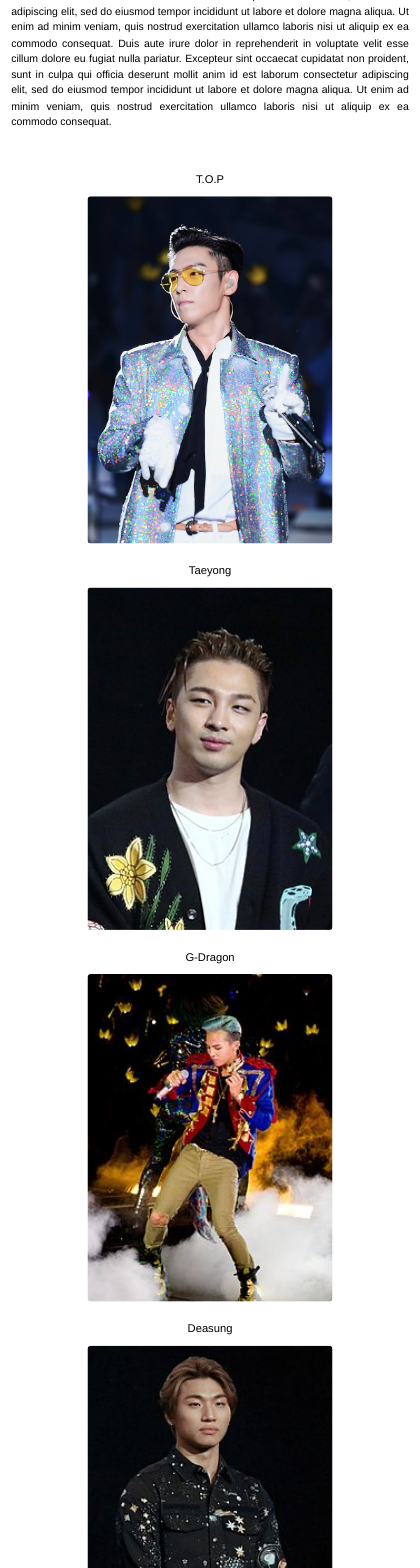
Repository: ThinhTran2k/BigBang-Band-Website
Page: index.html
These files come from the project's save history. The page is drawn as it stood at one moment and after the next save; the edit follows.
The browser window is 600 px wide. The pictures show the part of the page from y = 528 to 2768 px (the page is 5441 px tall before and 5466 px after), at 70% of full size.

Above is the page before, as saved 2021-03-16 17:12:33.
Console error: TypeError: Cannot set properties of undefined (setting 'onclick')

After the next save:
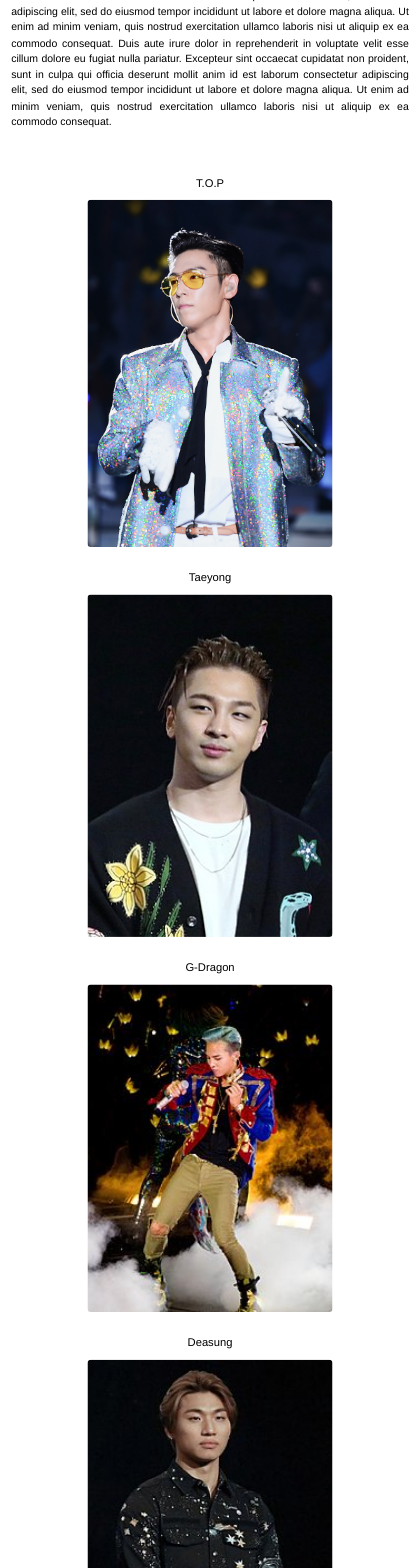
Saved 24 s later.
--- a/asset/css/responsive.css
+++ b/asset/css/responsive.css
@@ -31,7 +31,7 @@
         margin-top: 0;
     }
     .member-item-resp {
-        padding-top: 30px;
+        padding-top: 35px;
         width: 100%;
     }
     .member-item .member-img {
